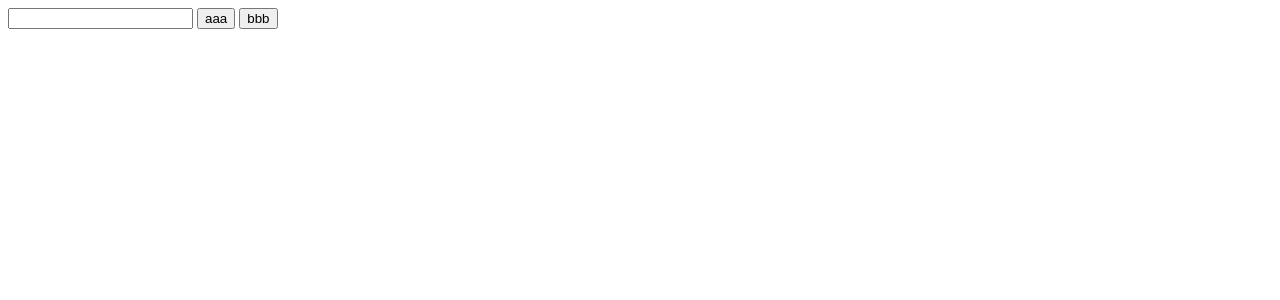
Repository: sh91c/jsp
Page: http://localhost/Servlet01_200713/01_test/hello.jsp
An editor plug-in stored every save of this project. The page is shown before and after the next save, followed by the edit.
The browser window is 1280 px wide. The pictures show the whole page.
The page is served by Tomcat 9. Other server files are loaded and not shown.

Above is the page before, as saved 2020-07-13 01:07:52.

### Servlet01_200713/WebContent/01_test/hello.jsp
<%@ page language="java" contentType="text/html; charset=UTF-8"
    pageEncoding="UTF-8"%>
<!DOCTYPE html>
<html>
<head>
<meta charset="UTF-8">
<title>Insert title here</title>
</head>
<body>
	<form name="frmTest" action="../hi" method="POST">
		<input type="text" name="id" />
		<input type="submit" name="btn1" value="aaa" />
		<input type="submit" name="btn2" value="bbb" />
	</form>
	<!-- <a href="../hi">Hello World</a> -->
</body>
</html>

After the next save:
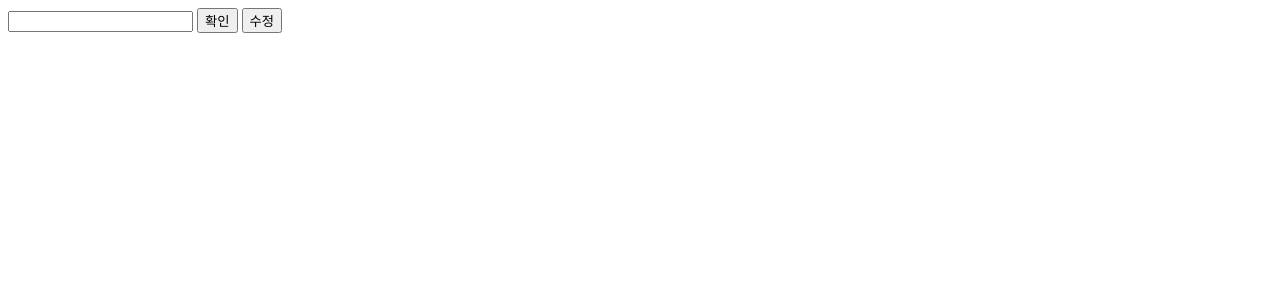
Saved 25 s later.
--- a/Servlet01_200713/WebContent/01_test/hello.jsp
+++ b/Servlet01_200713/WebContent/01_test/hello.jsp
@@ -9,8 +9,8 @@
 <body>
 	<form name="frmTest" action="../hi" method="POST">
 		<input type="text" name="id" />
-		<input type="submit" name="btn1" value="aaa" />
-		<input type="submit" name="btn2" value="bbb" />
+		<input type="submit" name="btn1" value="확인" />
+		<input type="submit" name="btn2" value="수정" />
 	</form>
 	<!-- <a href="../hi">Hello World</a> -->
 </body>
